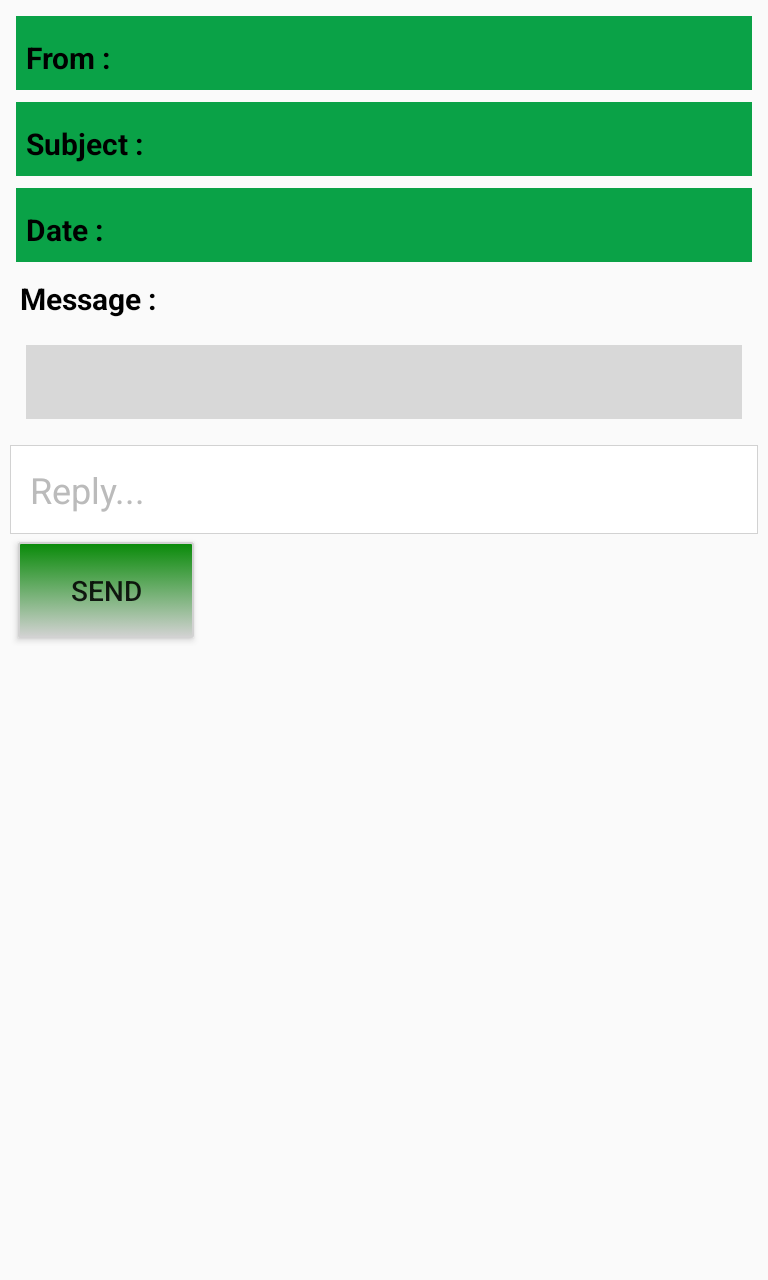
Repository: iguardian2015/iguardian-litchi
Layout: iguardian/res/layout/custom_inbox_view.xml
These files come from the project's save history. The layout is drawn as it stood at one moment and after the next save; the edit follows.
It is drawn on a 768 x 1280 px phone screen (xhdpi) without system bars, with theme AppTheme; the app's code is not run.

Above is the layout before, as saved 2015-01-12 08:41:36.

After the next save:
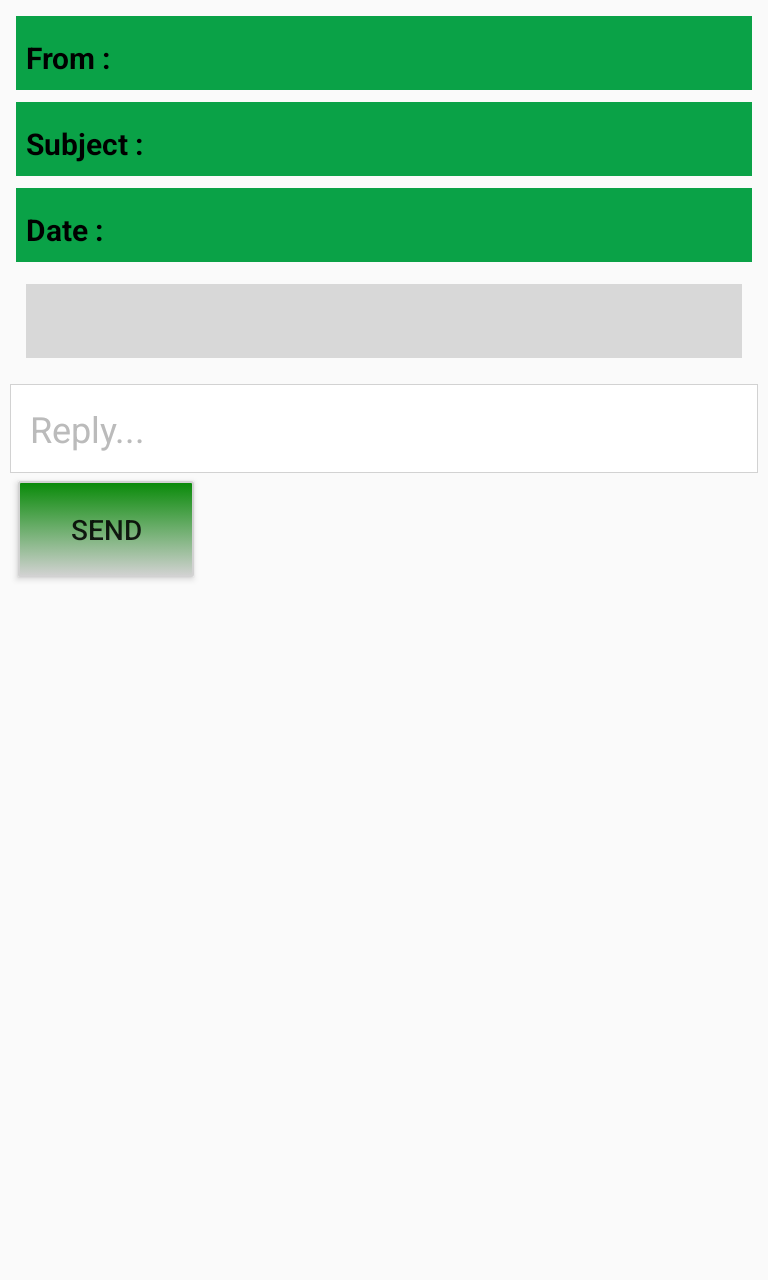
Saved 89 s later.
--- a/iguardian/res/layout/custom_inbox_view.xml
+++ b/iguardian/res/layout/custom_inbox_view.xml
@@ -95,7 +95,7 @@
                 android:textSize="20dp"
                 android:textStyle="italic" />
         </LinearLayout>
-			<TextView
+			<!-- <TextView
                 android:id="@+id/message"
                 android:layout_width="wrap_content"
                 android:layout_height="wrap_content"
@@ -105,7 +105,7 @@
                 android:textColor="#000000"
                 android:textSize="15dp"
                 android:textStyle="bold" />
-
+         -->
 
             <TextView
                 android:id="@+id/mes"

After the save that followed:
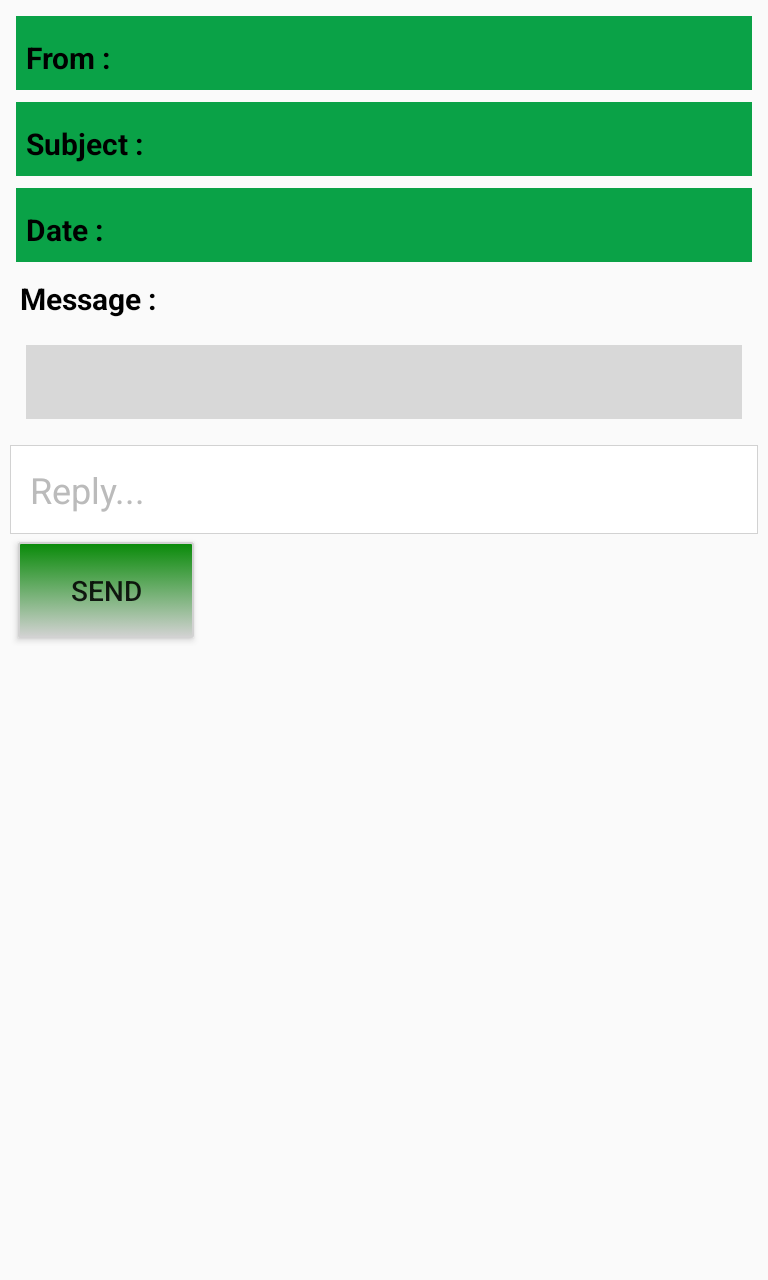
Saved 55 s later.
--- a/iguardian/res/layout/custom_inbox_view.xml
+++ b/iguardian/res/layout/custom_inbox_view.xml
@@ -95,7 +95,7 @@
                 android:textSize="20dp"
                 android:textStyle="italic" />
         </LinearLayout>
-			<!-- <TextView
+			 <TextView
                 android:id="@+id/message"
                 android:layout_width="wrap_content"
                 android:layout_height="wrap_content"
@@ -105,7 +105,7 @@
                 android:textColor="#000000"
                 android:textSize="15dp"
                 android:textStyle="bold" />
-         -->
+
 
             <TextView
                 android:id="@+id/mes"
